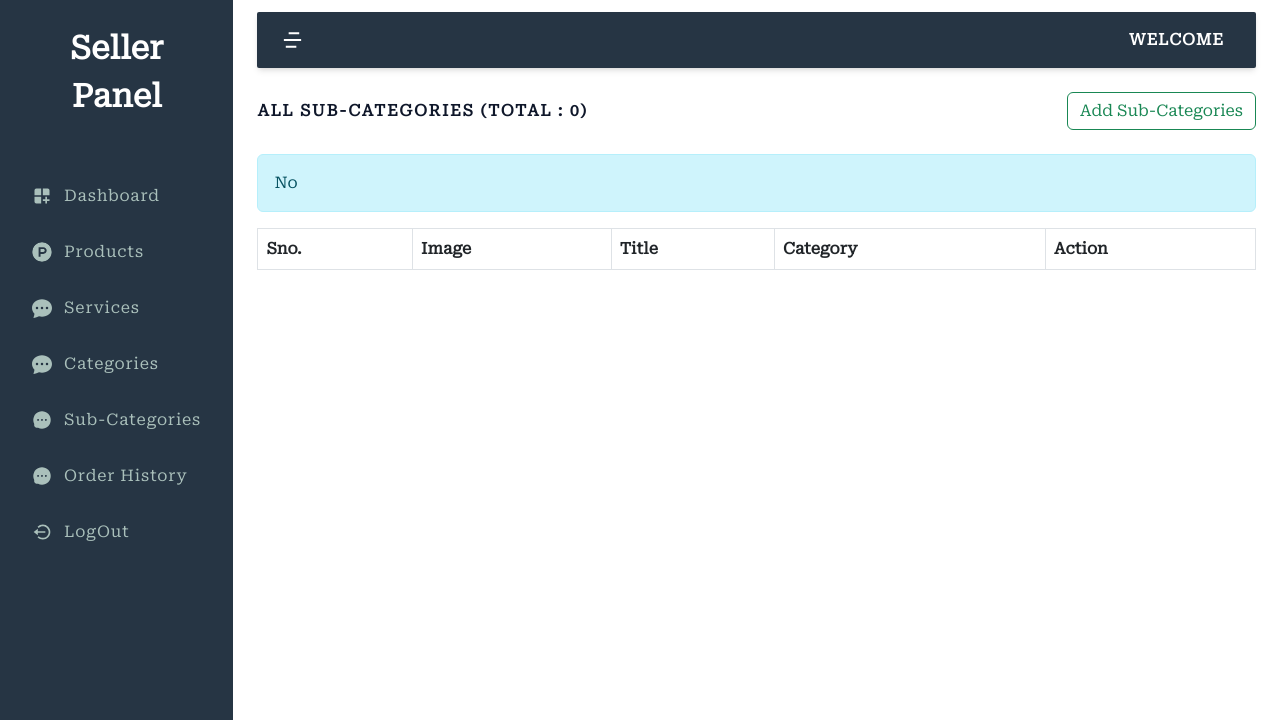
Repository: FlyweisReact/Arun-Chauhan
Page: /vendor/sub-category
These files come from the project's save history. The page is drawn as it stood at one moment and after a run of saves; the edit follows.
The browser window is 1280 px wide. The pictures show the whole page.
The page's requests for data from a server got no answer. Some web libraries are served in a nearby version. The project was rebuilt for these pictures with package versions that can differ from the ones it lists, and the page was loaded fresh each time. No one was signed in, and anything a server would have sent is missing. Also part of the build but not shown: src/AdminPanel/layout/Navbar.jsx, src/AdminPanel/layout/Sidebar.jsx, src/AdminPanel/layout/HOC.jsx, src/AdminPanel/pages/Privacy.js, src/AdminPanel/pages/Category.js, src/AdminPanel/pages/FeedBack.js, src/AdminPanel/pages/TermsCon.js, src/AdminPanel/pages/HelpSupport.js and 24 more.

Above is the page before, as saved 2023-04-14 18:00:52.

### public/index.html
<!-- @format -->

<!DOCTYPE html>
<html lang="en">
  <head>
    <meta charset="utf-8" />
    <!-- <link rel="icon" href="%PUBLIC_URL%/favicon.png" /> -->
    <meta name="viewport" content="width=device-width, initial-scale=1" />
    <meta name="theme-color" content="#000000" />
    <meta
      name="description"
      content="Web site created using create-react-app"
    />
    <link rel="apple-touch-icon" href="%PUBLIC_URL%/favicon.ico?v=2" />



    <link rel="manifest" href="%PUBLIC_URL%/manifest.json" />
    <link rel="preconnect" href="https://fonts.googleapis.com">
    <link rel="preconnect" href="https://fonts.gstatic.com" crossorigin>
    <link href="https://fonts.googleapis.com/css2?family=Roboto+Serif&display=swap" rel="stylesheet">
    <title>Arun   Panel</title>
  </head>
  <body>
    <noscript>You need to enable JavaScript to run this app.</noscript>
    <div id="root"></div>
    <script src="https://code.jquery.com/jquery-3.6.0.min.js"></script>
    <script src="https://kit.fontawesome.com/b533b351e4.js" crossorigin="anonymous"></script>
  </body>
</html>

### src/index.js
import React from "react";
import ReactDOM from "react-dom/client";
import "./index.css";
import App from "./App";
import { BrowserRouter } from "react-router-dom";
import 'bootstrap/dist/css/bootstrap.min.css'

const root = ReactDOM.createRoot(document.getElementById("root"));
root.render(
  <React.StrictMode>
    <BrowserRouter>
      <App />
    </BrowserRouter>
  </React.StrictMode>
);

### src/index.css
/** @format */

@tailwind base;
@tailwind components;
@tailwind utilities;




body {
  margin: 0;
  font-family: 'Roboto Serif', serif  !important;
  -webkit-font-smoothing: antialiased;
  -moz-osx-font-smoothing: grayscale;
}

/* Wcomponents */
.wcomp::-webkit-scrollbar {
  width: 0px;
}
::-webkit-scrollbar {
  width: 0px;
}
::-webkit-scrollbar-track {
  background: #696f78;
}
/* Handle */
::-webkit-scrollbar-thumb {
  background: #b4b8bf;
}

.main-card--container {
  display: grid;
  grid-template-columns: repeat(3, minmax(300px, 500px));
  grid-gap: 50px;
  justify-content: space-around;
}
.card-container {
  margin: 25px 0 auto;
  position: relative;
  display: grid;
  grid-template-columns: 1fr;
  justify-content: space-around;
  align-items: flex-start;
}

.img-thumbnail {
  width: 80px;
}
.img-large {
  max-width: 80%;
}

.formInput {
  padding: 5px;
}

.BannerImg{
  display: grid;
  grid-template-columns: auto auto auto;
  margin: 20px;
  justify-content: space-evenly;
  text-align: center;
}
.BannerImg div{
  box-shadow: rgba(0, 0, 0, 0.35) 0px 5px 15px;
  padding: 10px;

}
.BannerImg img{
  width: 400px;
  height: 200px;
}


li{
  list-style: disc;
}
.carouselImages{
  width: 200px !important;
  height: 140px;
}
.Car{
  width: 200px !important;
}
.ColorImage{
  width: 100px !important;
}
.three-Sec{
  display: grid;
  justify-content: space-evenly;
  grid-template-columns: auto auto auto;
  text-align: center;
  color: black;

}
.three-Sec div{
  box-shadow: rgba(0, 0, 0, 0.35) 0px 5px 15px;
  margin-top: 40px;
  padding : 10px;
  width: 400px;
}
.three-Sec img{
  width: 100%;
  height: 300px;
}
.three-Sec p{
  font-size: 20px;
  font-weight: bold;
  margin: 0;
}
.three-Sec button{
  border: 1px solid #B80000;
  background-color: #ffff;
  color: #B80000;
  width: 100%;
  padding: 3px;
  margin-top: 10px;
  font-size: 20px;
  transition: 0.5s;
}

.three-Sec button:hover{
  background-color: #B80000;
  color: #ffff;
}
.bigCont{
  display: flex;
  gap: 10px;
}
.contP{
  border: 1px solid #2F308D;
  width: 48%;
  padding: 10px;
  color: #2F308D;
  transition: 0.5s;
  cursor: pointer;
}
.contP:hover {
  background-color: #2F308D;
  color: #fff;
}


.viewBtn{
  color: #014F75;
  border: 1px solid #014F75;
  outline: none;
  width: 50%;
  padding: 5px;
  font-size: 18px;
  transition: 0.5s;
}

.viewBtn:hover{

  background-color: #014F75;
  color: #fff;
}


.filterDate{
  color: black;
  display: flex;
  gap: 20px;
  margin-top: 20px;
  margin-bottom: 20px;
}

.filterDate input {
  border: 1px solid black;
  outline: none;
  padding: 5px;
}
.filterDate div{
  display: flex;
  gap: 10px;
  align-items:center ;
}
.filterDate div p{
  padding-top: 10px;
}

.filterDate button{
  color: #014F75;
  border: 1px solid #014F75;
  outline: none;
  width: 200px;
  font-size: 18px;
  transition: 0.5s;
}

.filterDate button:hover{
  background-color: #014F75;
  color: #fff;
}
.active{
  display: flex;
  gap: 20px;
margin-bottom: 20px;
}
.active button{
  border: 1px solid #659CCA;
  color: #659CCA;
  padding: 5px;
  width: 200px;
  transition: 0.5s;
  font-size: 20px;
}
.active button:hover{
  background-color: #659CCA;
  color: #fff;
}

.drop select{
  width: 100%;
  color:#fff;
  margin-bottom: 20px;
  border: 1px solid #659CCA;
  padding: 10px;
  outline: none;
  background-color: #659CCA;
}
.drop select option{
  background-color: #8FD1DF;
  border: 1px solid #8FD1DF;
}

.drop select option:hover{
  background-color: #8FD1DF  !important;
}

### src/App.js
/** @format */

import { Routes, Route } from "react-router-dom";
import { ToastContainer } from "react-toastify";
import "react-toastify/dist/ReactToastify.css";
import Privacy from "./AdminPanel/pages/Privacy";
import Offers from "./AdminPanel/pages/Category";
import FeedBack from "./AdminPanel/pages/FeedBack";
import TermsCon from "./AdminPanel/pages/TermsCon";
import HelpSupport from "./AdminPanel/pages/HelpSupport";
import OrderHistory from "./AdminPanel/pages/OrderHistory";
import Installar from "./AdminPanel/pages/Installar";
import Sellers from "./AdminPanel/pages/Sellers";
import Dashboard from "./AdminPanel/pages/Dashboard";
import Users from "./AdminPanel/pages/Users";
import Reviews from "./AdminPanel/pages/Reviews";
import Coupon from "./AdminPanel/pages/Coupon";
import Product from "./AdminPanel/pages/Product";
import About from "./AdminPanel/pages/About";
import Blogs from "./AdminPanel/pages/Blogs";
import Service from "./AdminPanel/pages/Service";
import Notification from "./AdminPanel/pages/Notification";
import SubCategory from "./AdminPanel/pages/SubCategory";
import Banner from "./AdminPanel/pages/Banner";
import Login from "./AdminPanel/Login";
import Transaction from "./AdminPanel/pages/Transaction";
import InstallerTransactions from "./AdminPanel/pages/InstallerTransactions";
import Vendorlogin from "./VendorPanel/Vendorlogin";
import VendorDashboard from "./VendorPanel/pages/VendorDashboard";
import VendorProducts from "./VendorPanel/pages/VendorProducts";
import VendorService from "./VendorPanel/pages/VendorService";
import VendorCategory from "./VendorPanel/pages/VendorCategory";
import VendorSubCategory from "./VendorPanel/pages/VendorSubCategory";
import VendorOrderHistory from "./VendorPanel/pages/VendorOrderHistory";
import SellerProduct from "./AdminPanel/pages/SellerProduct";

function App() {
  return (
    <>
      <ToastContainer />

      <Routes>
        {/* Admin Panel */}
        <Route path="/" element={<Login />} />
        <Route path="/dashboard" element={<Dashboard />} />
        <Route path="/users" element={<Users />} />
        <Route path="/sellers" element={<Sellers />} />
        <Route path="/products" element={<Product />} />
        <Route path="/coupon" element={<Coupon />} />
        <Route path="/about" element={<About />} />
        <Route path="/review" element={<Reviews />} />
        <Route path="/blogs" element={<Blogs />} />
        <Route path="/services" element={<Service />} />
        <Route path="/category" element={<Offers />} />
        <Route path="/notification" element={<Notification />} />
        <Route path="/sub-category" element={<SubCategory />} />
        <Route path="/banners" element={<Banner />} />
        <Route path="/order-history" element={<OrderHistory />} />
        <Route path="/installar" element={<Installar />} />
        <Route path="/feedBacks" element={<FeedBack />} />
        <Route path="/terms-condition" element={<TermsCon />} />
        <Route path="/helpSupport" element={<HelpSupport />} />
        <Route path="/privacy" element={<Privacy />} />
        <Route path="/transactions/:id" element={<Transaction />} />
        <Route path="/installer-transaction/:id" element={<InstallerTransactions />} />
        <Route path="/seller/products/:id" element={<SellerProduct />} />

        {/* Vendor Panel */}
        <Route path="/vendor/login" element={<Vendorlogin />} />
        <Route path="/vendor/dashboard" element={<VendorDashboard />} />
        <Route path="/vendor/products" element={<VendorProducts />} />
        <Route path="/vendor/service" element={<VendorService />} />
        <Route path="/vendor/category" element={<VendorCategory />} />
        <Route path="/vendor/sub-category" element={<VendorSubCategory />} />
        <Route path="/vendor/order-history" element={<VendorOrderHistory />} />
      </Routes>
    </>
  );
}

export default App;

### src/VendorPanel/pages/VendorSubCategory.js
/** @format */

import HOC from "../layout/HOC";
import { Table, Modal, Button, Form, Alert } from "react-bootstrap";
import { useCallback, useEffect, useState } from "react";
import axios from "axios";
import { toast } from "react-toastify";

const VendorSubCategory = () => {
  const [modalShow, setModalShow] = useState(false);
  const [data, setData] = useState([]);
  const sellorId = localStorage.getItem("vendorId");
  const [categoryData, setCatData] = useState([]);

  const fetchHandler = useCallback(async () => {
    try {
      const { data } = await axios.get(
        `http://ec2-15-206-210-177.ap-south-1.compute.amazonaws.com:1112/api/subCategory/seller/${sellorId}`
      );
      setData(data.result);
    } catch (e) {
      console.log(e);
    }
  }, [sellorId]);

  const fetchCategoryHandler = useCallback(async () => {
    try {
      const { data } = await axios.get(
        `http://ec2-15-206-210-177.ap-south-1.compute.amazonaws.com:1112/api/category/seller/${sellorId}`
      );
      setCatData(data.data);
    } catch (e) {
      console.log(e);
    }
  }, [sellorId]);

  useEffect(() => {
    fetchHandler();
    if (modalShow === true) {
      fetchCategoryHandler();
    }
  }, [fetchHandler, modalShow, fetchCategoryHandler]);

  function MyVerticallyCenteredModal(props) {
    const [image, setImage] = useState("");
    const [url, setUrl] = useState("");
    const [title, setTitle] = useState("");
    const [catgoryId, setCategoryId] = useState("");

    const UploadImage = (e) => {
      const data = new FormData();
      data.append("file", image);
      data.append("upload_preset", "ml_default");
      data.append("cloud_name", "dbcnha741");
      fetch("https://api.cloudinary.com/v1_1/dbcnha741/image/upload", {
        method: "post",
        body: data,
      })
        .then((res) => res.json())
        .then((data) => {
          setUrl(data.url);
          console.log(data.url);
        })
        .catch((err) => {
          console.log(err);
        });
    };

    const postHandler = async (e) => {
      e.preventDefault();
      try {
        const { data } = await axios.post(
          "http://ec2-15-206-210-177.ap-south-1.compute.amazonaws.com:1112/api/subcategory/",
          {
            image: url,
            title,
            catgoryId,
            sellerId: sellorId,
          }
        );
        toast.success(`${data.message.title} Added`);
        fetchHandler();
        props.onHide();
      } catch (e) {
        console.log(e);
        toast.error("Please try again after some time:::");
      }
    };

    return (
      <Modal
        {...props}
        size="lg"
        aria-labelledby="contained-modal-title-vcenter"
        centered
      >
        <Modal.Header closeButton>
          <Modal.Title id="contained-modal-title-vcenter">
            Add Sub-Category
          </Modal.Title>
        </Modal.Header>
        <Modal.Body>
          <Form onSubmit={postHandler}>
            <Form.Group className="mb-3">
              <Form.Label>Image</Form.Label>
              <Form.Control
                type="file"
                onChange={(e) => setImage(e.target.files[0])}
                required
              />
            </Form.Group>

            <Form.Group className="mb-3">
              <Form.Label>Title</Form.Label>
              <Form.Control
                type="text"
                onClick={() => UploadImage()}
                required
                onChange={(e) => setTitle(e.target.value)}
              />
            </Form.Group>
            <Form.Group className="mb-3">
              <Form.Select
                aria-label="Default select example"
                required
                onChange={(e) => setCategoryId(e.target.value)}
              >
                <option>Select Category</option>
                {categoryData?.map((i, index) => (
                  <option key={index} value={i._id}>
                    {" "}
                    {i.category}{" "}
                  </option>
                ))}
              </Form.Select>
            </Form.Group>
            <Button variant="outline-success" type="submit">
              Submit
            </Button>
          </Form>
        </Modal.Body>
        <Modal.Footer></Modal.Footer>
      </Modal>
    );
  }

  const deleteHandler = async (id) => {
    try {
      const { data } = await axios.delete(
        `http://ec2-15-206-210-177.ap-south-1.compute.amazonaws.com:1112/api/subcategory/${id}`
      );
      toast.success(data.message);
      fetchHandler();
    } catch (e) {
      console.log(e);
      toast.error("Try again after some time::");
    }
  };

  return (
    <>
      <MyVerticallyCenteredModal
        show={modalShow}
        onHide={() => setModalShow(false)}
      />

      <section>
        <div className="pb-4 sticky top-0  w-full flex justify-between items-center bg-white">
          <span className="tracking-widest text-slate-900 font-semibold uppercase ">
            All Sub-Categories (Total : {data?.length})
          </span>
          <Button
            variant="outline-success"
            onClick={() => {
              setModalShow(true);
            }}
          >
            Add Sub-Categories
          </Button>
        </div>

        {data.length === 0 ? <Alert variant="info">No  </Alert> :""}

        <div style={{ maxWidth: "100%", overflow: "auto" }}>
          <Table striped bordered hover>
            <thead>
              <tr>
                <th>Sno.</th>
                <th> Image</th>
                <th> Title</th>
                <th> Category</th>
                <th>Action</th>
              </tr>
            </thead>
            <tbody>
              {data?.map((i, index) => (
                <tr key={index}>
                  <td> {index + 1} </td>
                  <td>
                    <img src={i.image} alt="" style={{ width: "100px" }} />
                  </td>
                  <td>{i.title} </td>
                  <td> {i.catgory?.category} </td>
                  <td>
                    <i
                      className="fa-solid fa-trash"
                      style={{ color: "#ff0000", cursor: "pointer" }}
                      onClick={() => deleteHandler(i._id)}
                    ></i>
                  </td>
                </tr>
              ))}
            </tbody>
          </Table>
        </div>
      </section>
    </>
  );
};

export default HOC(VendorSubCategory);

### src/VendorPanel/layout/HOC.jsx
import React, { useState } from "react";
import Navbar from "./Navbar";
import Sidebar from "./Sidebar";

const HOC = (Wcomponenet) => {
  return function Component() {
    const [hamb, setHamb] = useState(false);
    return (
      <>
        <section className="flex overflow-x-hidden relative">
          {/* Sidebar */}
          <div
            className={
              hamb
                ? " absolute top-0 z-30 md:w-auto shadow-md bg-slate-200  w-60 transition-all md:-left-full left duration-150  h-auto overflow-y-auto  left-0 "
                : " md:w-72 z-30 bg-slate-200  shadow-md  md:static absolute top-0 -left-full   transition-all duration-150  overflow-y-auto h-auto"
            }
          >
            <Sidebar hamb={hamb} setHamb={setHamb} />
          </div>
          {/* Components & Navbar */}
          <div
            className={
              hamb
                ? " transition-all px-4 py-2  bg-white duration-150 w-full h-screen"
                : " w-full h-screen  px-4 py-2  bg-white z-50 transition-all duration-150 "
            }
          >
            <Navbar hamb={hamb} setHamb={setHamb} />
            <div className="my-6 text-white h-[87%] wcomp overflow-y-auto">
              <Wcomponenet />
            </div>
          </div>
        </section>
      </>
    );
  };
};

export default HOC;

### src/VendorPanel/layout/Navbar.jsx
/** @format */

import { RiMenu4Line } from "react-icons/ri";

const Navbar = ({ hamb, setHamb }) => {

  return (
    <>

      <div
        className={
          hamb
            ? "flex  w-full justify-between  my-1 rounded-sm  p-4 py-3 shadow-md items-center  bg-slate-200 space-x-4"
            : "flex  w-full justify-between my-1 rounded-sm  p-4 py-3 shadow-md items-center  bg-slate-200 space-x-4"
        }
        style={{   backgroundColor: "#263544", color : "#fff"}}
      >
        <RiMenu4Line
          onClick={() => setHamb(!hamb)}
          className="text-2xl font-bold text-#fff-900 hover:scale-90 cursor-pointer"
        />

        <section className="flex sm:ml-auto justify-end sm:w-full items-center space-x-2  pr-2">
          <figcaption className="tracking-wider pl-1 font-semibold">
            <div className="lg:text-base text-sm text-#fff-900  uppercase" >
              Welcome
            </div>
          </figcaption>
        </section>


      </div>
    </>
  );
};

export default Navbar;

### src/VendorPanel/layout/Sidebar.jsx
/** @format */

import React from "react";
import { RiCloseLine } from "react-icons/ri";
import { Link, useNavigate } from "react-router-dom";
import { BiLogOutCircle  } from "react-icons/bi";
import { MdDashboardCustomize } from "react-icons/md";
import { BsFillChatDotsFill } from "react-icons/bs";
import { AiFillMessage } from "react-icons/ai";
import {FaProductHunt } from 'react-icons/fa'


const Sidebar = ({ hamb, setHamb }) => {
  const navigate = useNavigate();

  const nav = [
    {
      icon: <MdDashboardCustomize className="text-xl mr-3 rounded-full " />,
      link: "/vendor/dashboard",
      name: "Dashboard",
    },
    {
      icon: <FaProductHunt className="text-xl mr-3 rounded-full " />,
      link: "/vendor/products",
      name: "Products",
    },
    {
      icon: <BsFillChatDotsFill className="text-xl mr-3" />,
      link: "/vendor/service",
      name: "Services",
    },
    {
      icon: <BsFillChatDotsFill className="text-xl mr-3" />,
      link: "/vendor/category",
      name: "Categories",
    },

    {
      icon: <AiFillMessage className="text-xl mr-3 rounded-full " />,
      link: "/vendor/sub-category",
      name: "Sub-Categories",
    },
    {
      icon: <AiFillMessage className="text-xl mr-3 rounded-full " />,
      link: "/vendor/order-history",
      name: "Order History",
    },
  ];

  const logOut = () => {
 localStorage.clear()
  navigate("/vendor/login");
  };

  return (
    <>
      <div className="p-4 h-auto"   style={{
          backgroundColor: "#263544",
          minHeight : '100vh'
        }}>
        {/* Top */}
        <div className="w-full md:hidden relative  p-2 mb-4">
          <RiCloseLine
            onClick={() => setHamb(!hamb)}
            className="text-3xl  absolute top-2 sm:hover:rotate-[228deg] transition-transform font-bold right-2 sm:hover:text-[22px] text-[rgb(241,146,46)] cursor-pointer"
          />
        </div>
        {/* Logo */}
        <figure className="flex  flex-col items-center">
        <span
            className="font-bold text-[rgb(241,146,46)]"
            style={{ fontSize: "2rem", textAlign: "center", color: "#fff" }}
          >
            Seller Panel
          </span>
        </figure>
        {/* Nav-menu */}
        <nav className="py-6">
          {nav.map((nav) => {
            return (
              <Link to={nav.link} key={nav.name} className="" style={{textDecoration : 'none'}}>
                <span className="flex my-3 items-center cursor-pointer    tracking-wider p-2 rounded-sm"  style={{ color: "#aac0bb"  , textDecoration : 'none'}}>
                  {nav.icon} {nav.name}
                </span>
              </Link>
            );
          })}
          <span
            className="flex my-3 items-center cursor-pointer   tracking-wider p-2 rounded-sm"
            onClick={() => logOut()}
            style={{ color: "#aac0bb" }}
          >
            <BiLogOutCircle className="text-xl mr-3 rounded-full " /> LogOut
          </span>
        </nav>
      </div>
    </>
  );
};

export default Sidebar;

Loaded but not shown: tailwind.config.js (common file)

After the next 2 saves:
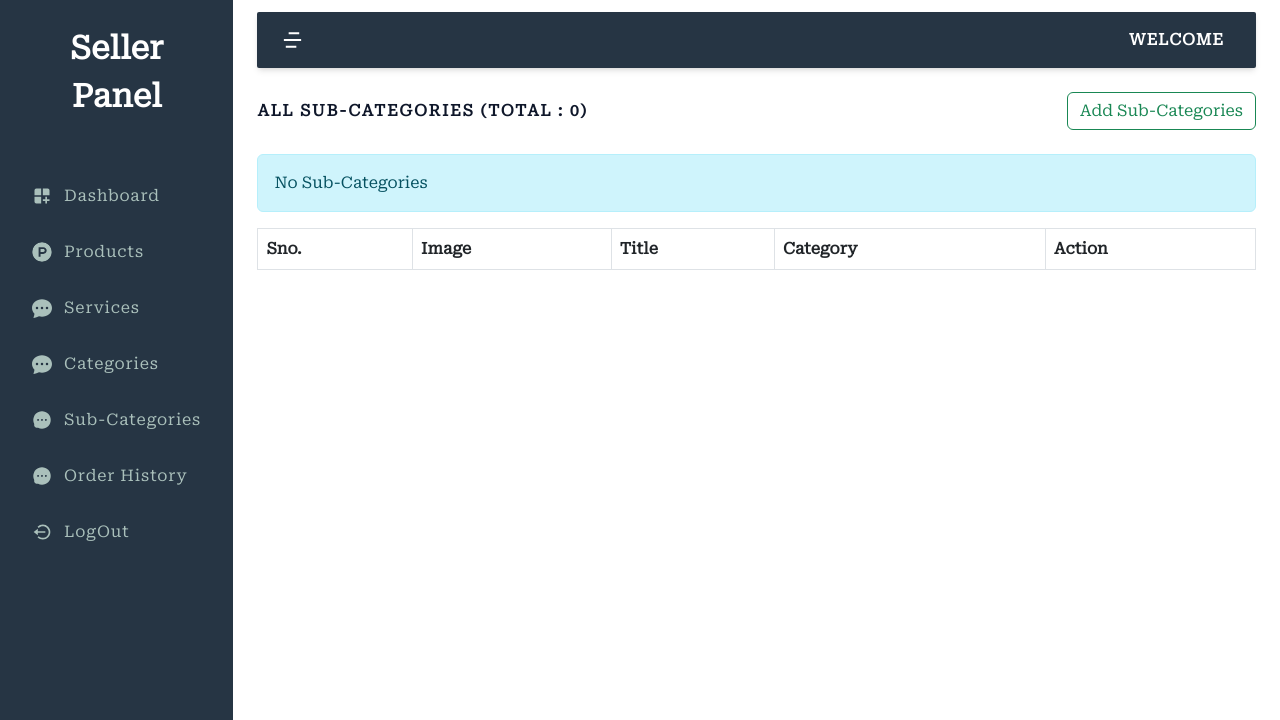
The 2 saves are shown as one change because they came seconds apart.
The last was saved 11 s later.
--- a/src/VendorPanel/pages/VendorSubCategory.js
+++ b/src/VendorPanel/pages/VendorSubCategory.js
@@ -179,7 +179,7 @@ const VendorSubCategory = () => {
           </Button>
         </div>
 
-        {data.length === 0 ? <Alert variant="info">No  </Alert> :""}
+        {data.length === 0 ? <Alert variant="info">No Sub-Categories  </Alert> :""}
 
         <div style={{ maxWidth: "100%", overflow: "auto" }}>
           <Table striped bordered hover>
